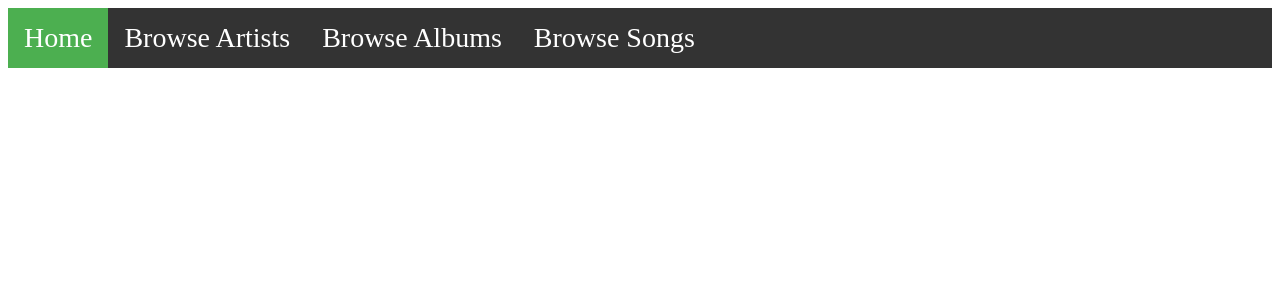
Repository: jasonfic/jmf194_INFSCI1017
Page: jmf194_FinalProject/WebContent/menu.html
The author's editor kept a copy of each file at every save. The page is drawn from the files as they stood at one save, then again after the next save.
The browser window is 1280 px wide. The pictures show the whole page.

Above is the page before, as saved 2019-04-19 15:41:15.

### jmf194_FinalProject/WebContent/menu.html
<!DOCTYPE html>
<html>
<head>
<meta charset="UTF-8">
<title>Music Navigator</title>
<style>
body {
  font-size: 28px;
}

ul {
  list-style-type: none;
  margin: 0;
  padding: 0;
  overflow: hidden;
  background-color: #333;
  position: -webkit-sticky;
  position: sticky;
  top: 0;
}

li {
  float: left;
}

li a {
  display: block;
  color: white;
  text-align: center;
  padding: 14px 16px;
  text-decoration: none;
}

li a:hover {
  background-color: #111;
}

.active {
  background-color: #4CAF50;
}
</style>
</head>
<body>
<ul>
  <li><a class="active" href="index.html">Home</a></li>
  <li><a href="artist.html">Browse Artists</a></li>
  <li><a href="album.html">Browse Albums</a></li>
  <li><a href="song.html">Browse Songs</a></li>
</ul>

</body>
</html>

After the next save:
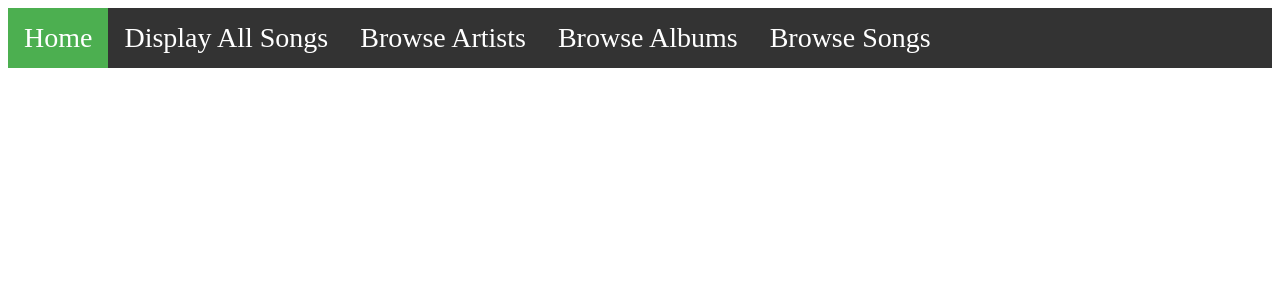
Saved 93 s later.
--- a/jmf194_FinalProject/WebContent/menu.html
+++ b/jmf194_FinalProject/WebContent/menu.html
@@ -43,6 +43,7 @@ li a:hover {
 <body>
 <ul>
   <li><a class="active" href="index.html">Home</a></li>
+  <li><a href="displaySongs.html">Display All Songs</a></li>
   <li><a href="artist.html">Browse Artists</a></li>
   <li><a href="album.html">Browse Albums</a></li>
   <li><a href="song.html">Browse Songs</a></li>
